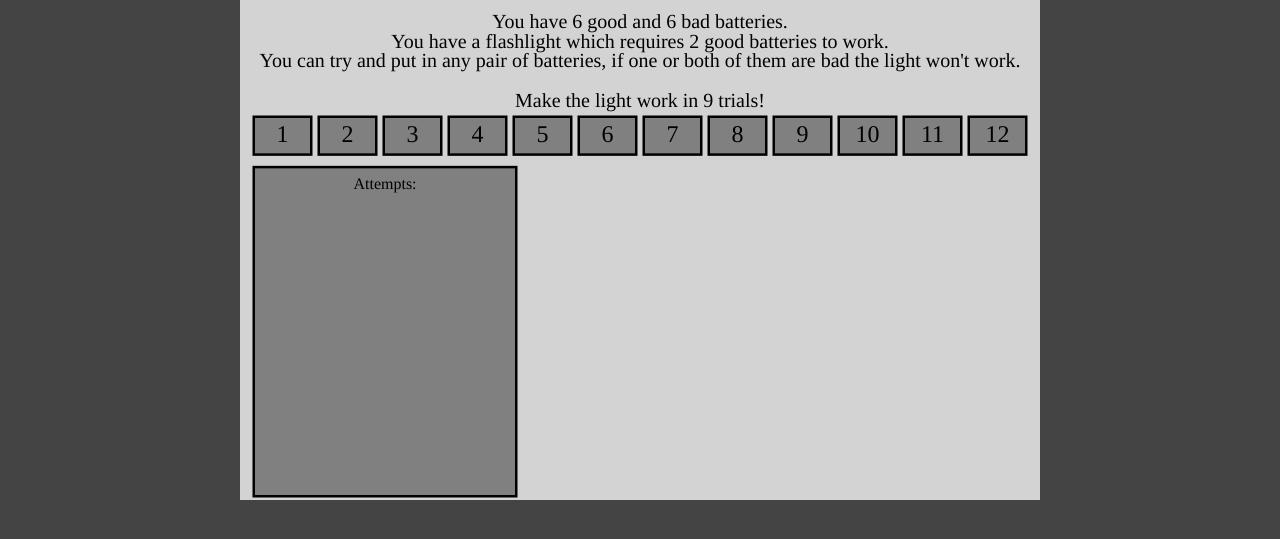
Repository: StevenZsombo/games
Page: docs/batteries/batteries.html
The author's editor kept a copy of each file at every save. The page is drawn from the files as they stood at one save, then again after the next save.
The browser window is 1280 px wide. The pictures show the whole page.

Above is the page before, as saved 2025-07-04 09:23:25.

### docs/batteries/batteries.html
<!DOCTYPE html>
<html lang="en">

<head>
  <meta charset="UTF-8">
  <meta name="viewport" content="width=device-width, initial-scale=1.0">
  <title>Game by Steven Zs :)</title>
  <style>
    body {
      margin: 0;
      padding: 0;
      min-height: 100vh;
      display: flex;
      justify-content: center;
      background: #444;
    }

    #canvasContainer {
      margin: 0;
      max-width: 800px;
      max-height: 500px;
      width: 100%;
      background: #000000;
    }

    #canvasContainer.full {
      position: fixed;
      top: 0;
      left: 0;
      right: 0;
      bottom: 0;
      margin: 0;
      max-width: none;
      max-height: none;
      display: flex;
      align-items: center;
      justify-content: center;
    }

    canvas {
      display: block;
      background: #000000;
      aspect-ratio: 800/500;
      width: 100%;
      height: auto;
    }

    #canvasContainer.full canvas {
      width: min(100vw, calc(100vh * 1.6));
      height: min(100vh, calc(100vw / 1.6));
      max-width: none;
      max-height: none;
    }
  </style>
</head>

<body id="body">
  <div id="canvasContainer">
    <canvas id="myCanvas" width="800" height="500"></canvas>
  </div>

  <script>
    function fullscreenToggle() {
      document.getElementById('canvasContainer').classList.toggle('full');
    }
  </script>
  <script src="../MM.js"></script>
  <script src="../scripts.js"></script>
  <script src="../animations.js"></script>
  <script src="../gui.js"></script>
  <script src="../batteries.js"></script>
</body>

</html>

### docs/scripts.js
const TWOPI = Math.PI * 2
const ONEDEG = Math.PI / 180

class Rect {
	constructor(x, y, width, height) {
		this.x = x ?? 50
		this.y = y ?? 50
		this.width = width ?? 100
		this.height = height ?? 100
	}

	//getters
	get size() {
		return {
			width: this.width,
			height: this.height
		}
	}

	get left() {
		return this.x
	}
	get right() {
		return this.x + this.width
	}
	get top() {
		return this.y
	}
	get bottom() {
		return this.y + this.height
	}
	get centerX() {
		return this.x + this.width / 2
	}
	get centerY() {
		return this.y + this.height / 2
	}
	get center() {
		return {
			x: this.x + this.width / 2,
			y: this.y + this.height / 2
		}
	}
	get cx() {
		return this.x + this.width / 2
	}
	get cy() {
		return this.y + this.height / 2
	}
	get topleft() {
		return {
			x: this.x,
			y: this.y
		}
	}
	get topright() {
		return {
			x: this.x + this.width,
			y: this.y
		}
	}
	get bottomleft() {
		return {
			x: this.x,
			y: this.y + this.height
		}
	}
	get bottomright() {
		return {
			x: this.x + this.width,
			y: this.y + this.height
		}
	}

	leftat(value) {
		this.x = value
		return this
	}
	rightat(value) {
		this.x = value - this.width
		return this
	}
	topat(value) {
		this.y = value
		return this
	}
	bottomat(value) {
		this.y = value - this.height
		return this
	}
	topleftat(x, y) {
		this.x = x
		this.y = y
		return this
	}
	toprightat(x, y) {
		this.x = x - this.width
		this.y = y
		return this
	}
	bottomleftat(x, y) {
		this.x = x
		this.y = y - this.height
		return this
	}
	bottomrightat(x, y) {
		this.x = x - this.width
		this.y = y - this.height
		return this
	}

	centerat(x, y) {
		this.x = x - this.width / 2
		this.y = y - this.height / 2
		return this
	}

	centeratV({ x, y }) {
		return this.centerat(x, y)
	}

	centerinRect(rect) {
		const { x, y } = rect.center
		this.centerat(x, y)
		return this
	}

	draw(screen, color = 'purple', fill = true) {
		if (fill) {
			screen.fillStyle = color
			screen.fillRect(this.x, this.y, this.width, this.height)
		} else {
			//!fill
			screen.strokeStyle = color
			screen.strokeRect(this.x, this.y, this.width, this.height)
		}
	}

	collidepoint(x, y) {
		return x >= this.x && x <= this.x + this.width && y >= this.y && y <= this.y + this.height
	}

	colliderect(rect) {
		return this !== rect && this.x < rect.x + rect.width && this.x + this.width > rect.x && this.y < rect.y + rect.height && this.y + this.height > rect.y
	}

	move(dx, dy) {
		this.x += dx
		this.y += dy
		return this
	}

	inflate(dw, dh) {
		this.x -= dw / 2
		this.y -= dh / 2
		this.width += dw
		this.height += dh
		return this
	}

	stretch(fw, fh) {
		fw ||= 1
		fh ||= 1
		const { x, y } = this.center
		this.width = this.width * fw
		this.height = this.height * fh
		this.centerat(x, y)
		return this
	}

	resize(w, h) {
		const { x, y } = this.center
		this.width = w
		this.height = h
		this.centerat(x, y)
	}

	spread(x, y, sx, sy) {
		//spread out, similar to enlargement, from center point x,y
		const dx = (this.center.x - x) * (sx - 1)
		const dy = (this.center.y - y) * (sy - 1)
		this.move(dx, dy)
		return this
	}

	shrinkToSquare(enlargeInstead = false) {
		const { x, y } = this.center
		const smaller = enlargeInstead ? Math.max(this.width, this.height) : Math.min(this.width, this.height)
		this.width = smaller
		this.height = smaller
		this.centerat(x, y)
		return this
	}

	deflate(dw, dh) {
		return this.inflate(-dw, -dh)
	}

	boundWithinInfo(x, y) {
		let retX, retY
		let { left, right, top, bottom } = this
		const leftOut = x < left
		const rightOut = x > right
		const topOut = y < top
		const bottomOut = y > bottom
		retX = leftOut ? left : (rightOut ? right : x)
		retY = topOut ? top : (bottomOut ? bottom : y)
		return {
			x: retX,
			y: retY,
			leftOut: leftOut,
			rightOut: rightOut,
			topOut: topOut,
			bottomOut: bottomOut
		}
	}

	get copy() {
		return new Rect(this.x, this.y, this.width, this.height)
	}

	splitCell(i, j, toti, totj, jspan = 1, ispan = 1) {
		i--
		j--
		//one-indexed for ease of use (like a matrix)
		const w = this.width / totj
		const h = this.height / toti
		return new Rect(this.x + j * w, this.y + i * h, w * jspan, h * ispan)
	}

	splitCol(...weights) {
		const totj = MM.sum(weights)
		const w = this.width / totj
		const result = []
		let k = 0
		for (let c of weights) {
			result.push(new Rect(this.x + k * w, this.y, c * w, this.height))
			k += c
		}
		return result
	}

	splitRow(...weights) {
		const toti = MM.sum(weights)
		const h = this.height / toti
		const result = []
		let k = 0
		for (let c of weights) {
			result.push(new Rect(this.x, this.y + k * h, this.width, c * h))
			k += c
		}
		return result
	}

	splitGrid(cols, rows) {
		return this.splitGridWeight(Array(rows).fill(1), Array(cols).fill(1))
	}

	splitGridWeight(colWeights = [1], rowWeights = [1]) {
		return this.splitRow(...rowWeights).map(r => r.splitCol(...colWeights))
	}

}

class Clickable extends Rect {
	constructor(options = {}) {
		const defaults = {
			x: 100,
			y: 100,
			width: 100,
			height: 100,
			on_click: null,
			on_release: null,
			on_hover: null,
			on_enter: null,
			on_leave: null,
			just_entered: false,
			last_clicked: null,
			follow_mouse: false,
			follow_mouse_last: null,
			interactable: true
		}
		super(options.x ??= defaults.x, options.y ??= defaults.y, options.width ??= defaults.width, options.height ??= defaults.height)
		Object.assign(this, {
			...defaults,
			...options
		})
	}
	check(x, y, clicked, released, held) {
		if (!this.interactable || x === null || y === null) {
			return false
		}
		const pos = {
			x: x,
			y: y
		}
		let within = this.collidepoint(x, y)
		//will be declared as true while dragging
		if (this.follow_mouse) {
			//thus drag logic must go first
			if (released) {
				this.follow_mouse_last = null
				this.follow_mouse_offset = null
			}
			if (within && clicked) {
				this.follow_mouse_last = pos
				this.follow_mouse_offset = {
					x: this.x - x,
					y: this.y - y
				}
			}
			if (held && this.follow_mouse_last) {
				//this.move(x - this.follow_mouse_last.x, y - this.follow_mouse_last.y)
				within = true
				this.x = x + this.follow_mouse_offset.x
				this.y = y + this.follow_mouse_offset.y
				this.follow_mouse_last = pos

			}
		}
		if (within) {
			this.on_hover?.()
		}
		if (within && !this.just_entered) {
			this.just_entered = true
			this.on_enter?.()
		}
		if (!within && this.just_entered) {
			this.just_entered = false
			this.on_leave?.()
		}
		if (clicked && within) {
			this.last_clicked = pos
			this.on_click?.()
		}
		if (released && within) {
			this.on_release?.()
		}
		return within
	}

}

class Button extends Clickable {
	constructor(options = {}) {
		const defaults = {
			txt: null, //txtmult by default
			fontsize: 48,
			font_color: "black",
			font_font: "Times",
			outline: 5,
			outline_color: "black",
			color: "gray",
			transparent: false,
			selected: false,
			selected_color: "orange",
			hover_color: null,
			hover_selected_color: null,
			visible: true,
			tag: "",
			img: null,
			opacity: 0,
			rad: 0,
			deg: 0
		}
		const settings = {
			...defaults,
			...options
		}
		super(settings)
		Object.assign(this, settings)

	}

	static fromRect(rect, kwargs = {}) {
		const tobuild = { ...kwargs, ...rect }
		return new Button(tobuild)
	}

	static fromButton(but, kwargs = {}) {
		let temp = but.copy
		Object.assign(temp, kwargs)
		return temp

	}

	get deg() {
		return this.rad / ONEDEG
	}
	set deg(degree) {
		this.rad = degree * ONEDEG
	}

	draw(screen) {
		if (this.visible) {
			if (this.rad) { //context is restored below
				screen.save()
				MM.RotateContext(screen, this.rad, this.centerX, this.centerY)
			}
			if (!this.transparent && this.outline) {
				this.draw_outline(screen)
			}
			if (!this.transparent) {
				let draw_color
				if (this.selected) {
					//selected
					if (this.just_entered && this.hover_selected_color) {
						draw_color = this.hover_selected_color
					} else {
						draw_color = this.selected_color
					}
				} else if (this.hover_color && this.just_entered) {
					//not selected
					draw_color = this.hover_color
				} else {
					draw_color = this.color
				}
				this.draw_color = draw_color
				this.draw_background(screen)

			}
			if (this.img != null) {
				this.draw_image(screen)
			}
			if (this.txt != null) {
				this.draw_text(screen)
			}
			if (this.rad) {
				screen.restore() //started above, should go at the end
			}

		}

	}

	draw_background(screen) {
		MM.fillRect(screen, this.x, this.y, this.width, this.height, {
			color: this.draw_color,
			opacity: this.opacity
		})
	}
	draw_outline(screen) {
		MM.drawRect(screen, this.x, this.y, this.width, this.height, {
			color: this.outline_color,
			lineWidth: this.outline,
			opacity: this.opacity
		})
	}
	draw_image(screen) {
		MM.drawImage(screen, this.img, this, this.opacity)
	}
	draw_text(screen) {
		MM.drawMultiText(screen, this.txt, this, {
			font: `${this.fontsize}px ${this.font_font}`,
			color: this.font_color,
			opacity: this.opacity
		})
	}

	check(x, y, clicked, released, held) {
		if (this.visible) {
			return super.check(x, y, clicked, released, held)
		}
	}

	get copy() {
		let result = new Button()
		Object.assign(result, this)
		return result
	}
	selected_flip() {
		this.selected = !this.selected
	}

	static make_checkbox(button, preservePreviousFunction = false) {
		if (preservePreviousFunction) {
			button.on_click = MM.extFunc(button.on_click, button.selected_flip.bind(button))
		} else {
			button.on_click = button.selected_flip.bind(button)
		}
		button.hover_color ??= "pink"
		return button
	}

	static make_radio(buttons, preservePreviousFunction = false) {
		let radio_group = {
			buttons: buttons,
			selected: buttons[0]
		}
		radio_group.buttons.forEach(b => b.selected = (b === radio_group.selected))
		for (let b of buttons) {
			const wanted = function () {
				buttons.forEach(a => {
					a.selected = (a === b)
				}
				)
				radio_group.selected = b
			}
			if (preservePreviousFunction) {
				b.on_click = MM.extFunc(b.on_click, wanted)
			} else {
				b.on_click = wanted
			}
			b.hover_color ??= "pink"
			b.selected_color ??= "orange"

		}
		return radio_group
	}

}

class Particle extends Clickable {
	constructor(options = {}) {
		const defaults = {
			color: "blue",
			velX: 1.2,
			velY: 2.1,
			unresolved: false,
			randVelMax: 5,
			mass: 100,
			txt: null
		}
		super()
		Object.assign(this, { ...defaults, ...options })
		this.height = this.width
		//oddities: radius is width, x,y refer to center instead
	}

	draw(screen) {
		MM.drawCircle(screen, this.x, this.y, this.width, {
			color: this.color
		})
		if (this.txt) {
			MM.drawText(screen, this.txt, this.x, this.y, { font: "24px times", color: "black" })
		}

	}

	collidepoint(x, y) {
		return MM.dist(this.x, this.y, x, y) < this.width
	}
	collidecirc(particle) {
		if (Math.abs(this.x - particle.x) > (this.width + particle.width) || Math.abs(this.y - particle.y) > (this.width + particle.width)) {
			return false
		}
		return MM.dist(this.x, this.y, particle.x, particle.y) < this.width + particle.width
	}

	randVel() {
		this.velX = Math.random() * this.randVelMax
		this.velY = Math.random() * this.randVelMax
	}

	get center() { return { x: this.x, y: this.y } }
	set mag(val) {
		let currmag = this.mag
		currmag = currmag == 0 ? 0.0001 : currmag
		const factor = val / currmag
		this.velX *= factor
		this.velY *= factor
	}

	get mag() {
		return Math.hypot(this.velX, this.velY)
	}

	set size(x) {
		this.width = x
		this.recomputeMass()
	}

	get size() {
		return this.width
	}

	get height() { return this.width }
	set height(x) { this.width = x }

	recomputeMass() {
		this.mass = Math.pow(this.width, 3)
	}


	static collidePhysics(p1, p2) {
		if (p1 === p2) { return }
		const dx = p2.x - p1.x
		const dy = p2.y - p1.y
		const dist = Math.hypot(dx, dy)
		const minDist = p1.radius + p2.radius
		if (dist < minDist) {
			// Separate particles to prevent sticking
			const correction = (minDist - dist) / 2
			const correctionX = (dx / dist) * correction
			const correctionY = (dy / dist) * correction

			p1.x -= correctionX
			p1.y -= correction;
			p2.x += correctionX
			p2.y += correctionY
		}
		const nx = dx / dist
		const ny = dy / dist

		const v1n = p1.velX * nx + p1.velY * ny
		const v2n = p2.velX * nx + p2.velY * ny

		const v1t = p1.velX * ny - p1.velY * nx
		const v2t = p2.velX * ny - p2.velY * nx

		const m1 = p1.mass
		const m2 = p2.mass
		const newV1n = (v1n * (m1 - m2) + 2 * m2 * v2n) / (m1 + m2)
		const newV2n = (v2n * (m2 - m1) + 2 * m1 * v1n) / (m1 + m2)


		p1.velX = newV1n * nx + v1t * ny
		p1.velY = newV1n * ny - v1t * nx
		p2.velX = newV2n * nx + v2t * ny
		p2.velY = newV2n * ny - v2t * nx
	}

	forceWithinRect(rect) {
		const bound = rect.copy.deflate(this.width * 2, this.width * 2).boundWithinInfo(this.x, this.y)
		if (bound.leftOut || bound.rightOut) {
			this.velX *= -1
		}
		if (bound.topOut || bound.bottomOut) {
			this.velY *= -1
		}
		[this.x, this.y] = [bound.x, bound.y]
		return this
	}

	get boundingRect() {
		return new Rect(this.x - this.size, this.y - this.size, this.size * 2, this.size * 2)
	}


}

class Malleable {
	constructor(...comps) {
		this.components = [...comps]
	}

	update() {
		for (let c of this.components) {
			c.update?.()
		}
	}

	draw(screen) {
		for (let c of this.components) {
			c.draw?.(screen)
		}
	}
}

class RectRotatedExperimental extends Rect {
	constructor(rect) {
		super(rect.x, rect.y, rect.width, rect.height)
		this.rad = 0
	}

	get deg() {
		return this.rad / ONEDEG
	}
	set deg(degree) {
		this.rad = degree * ONEDEG
	}

	draw(screen) {
		screen.save()
		const { x, y } = this.center
		this.centerat(0, 0)
		screen.translate(x, y)
		screen.rotate(this.rad)
		super.draw(screen)
		this.centerat(x, y)
		screen.restore()
	}

	static toRad(x) {
		return toRad * ONEDEG
	}

	static rotatePointAroundOrigin(x, y, rad) {
		const [c, s] = [Math.cos(rad), Math.sin(rad)]
		return {
			x: x * c - y * s,
			y: x * s + y * c
		}
	}

	static rotatePointAround(x, y, a, b, rad) {
		const [dx, dy] = [x - a, y - b]
		const r = RectRotatedExperimental.rotatePointAroundOrigin(dx, dy, rad)
		return ({
			x: r.x + a,
			y: r.y + b
		})
	}

	rotateAround(u, w, rad, doNotAdjustFacing = false) {
		this.rad += rad
		this.centeratV(RectRotatedExperimental.rotatePointAround(this.cx, this.cy, u, w, rad))
	}

	collidepoint(x, y) {
		const [c, s] = [Math.cos(this.rad), Math.sin(this.rad)]
		const [dx, dy] = [x - this.centerX, y - this.centerY]
		const [nx, ny] = [this.centerX + dx * c - dy * s, this.centerY + dx * s + dy * c]
		//return super.collidepoint(nx, ny)
		return nx >= this.x && nx <= this.x + this.width && ny >= this.y && ny <= this.y + this.height
	}
}

### docs/gui.js
class Framerater {
	constructor(isRunning = true) {
		this.measuredTimeInterval = 1000
		this.timeStamps = []
		this.fps = 0.1
		this.tickrate = 0.1
		this.button = new Button({
			x: 10,
			y: 10,
			width: 60,
			height: 15,
			fontsize: 12,
			color: "yellow",
			outline: 0,
			follow_mouse: true
		})
		this.isRunning = isRunning
		this.startTime = Date.now()
		this.totalTicks = 0
		this.totalFrames = 0
	}
	get elapsed() {
		return Math.floor((Date.now() - this.startTime) / 100) / 10
	}
	update(dt, noDrawingNeeded) {
		if (this.isRunning) {
			this.totalTicks += 1
			this.totalFrames += noDrawingNeeded ? 0 : 1
			let curr_time = Date.now()
			this.timeStamps.push([curr_time, noDrawingNeeded])
			let i = this.timeStamps.findIndex(x => curr_time - x[0] < this.measuredTimeInterval)
			this.timeStamps = this.timeStamps.slice(i)
			this.tickrate = Math.floor(this.timeStamps.length / this.measuredTimeInterval * 1000)
			this.fps = Math.floor(this.timeStamps.filter(
				x => !x[1]
			).length / this.measuredTimeInterval * 1000)

		}
	}

	draw(screen) {
		if (this.isRunning) {
			this.button.txt = `${this.fps} / ${this.tickrate}`
			this.button.draw(screen)
		}
	}
}

class Keyboarder {
	constructor(denybuttons) {
		if (denybuttons === null) {
			throw "did not specify whether keypress propagation should be denied or not"
		}
		/*-----------------------------------------------worst idea ever---------------------------------------------------------*/
		fullscreenToggle = MM.extFunc(fullscreenToggle, () => game.mouser.whereIsCanvas())
		this.bufferExpiration = null //null for no expiration, or milliseconds
		this.held = {}
		const held = this.held
		this.pressed = {}
		const pressed = this.pressed
		this.strokeBuffer = []
		const strokeBuffer = this.strokeBuffer

		document.addEventListener('keydown', (e) => {
			if (denybuttons) {
				e.preventDefault()
				e.stopPropagation()
			}
			if (!held[e.key]) {
				held[e.key] = true
				pressed[e.key] = true
				strokeBuffer.push([Date.now(), e.key])
			}
		}
		)
		document.addEventListener('keyup', (e) => {
			held[e.key] = false
			pressed[e.key] = false
			if (e.key == "F") {
				fullscreenToggle()
			}
			if (denybuttons) {
				e.preventDefault()
				e.stopPropagation()
			}
		}
		)
	}
	get strokes() {
		return this.strokeBuffer.map(x => x[1]).join("")
	}
	update(dt, now) {
		if (this.strokeBuffer.length && this.bufferExpiration != null) {
			if (now - this.strokeBuffer.at(-1)[0] > this.bufferExpiration) {
				this.strokeBuffer.length = 0
			}
		}
	}
	flushstrokes() {
		this.strokeBuffer.length = 0
	}
	next_loop() {
		Object.keys(this.pressed).forEach(
			x => this.pressed[x] = false
		)
	}

}

class Mouser {
	constructor(canvas) {
		this.x = null
		this.y = null
		this.clicked = false
		this.released = false
		this.down = false

		this.canvas = canvas
		this.addListeners(canvas)
		this.whereIsCanvas()
	}

	whereIsCanvas() {
		const canvas = this.canvas
		this.cRect = canvas.getBoundingClientRect()
		this.cW = canvas.width
		this.cH = canvas.height
		this.scaleX = canvas.width / this.cRect.width
		this.scaleY = canvas.height / this.cRect.height
	}
	whereAmI(e) {
		//event
		this.x = (e.clientX - this.cRect.left) * this.scaleX
		//Account for canvas position
		this.y = (e.clientY - this.cRect.top) * this.scaleY
	}

	addListeners(canvas) {
		canvas.addEventListener('pointermove', (e) => {
			e.preventDefault()
			e.stopPropagation()
			this.whereAmI(e)
			//e.pointerType //can be 'mouse', 'pen', 'touch'

		}
		)
		canvas.addEventListener('pointerdown', (e) => {
			e.preventDefault()
			e.stopPropagation()
			if (e.button == 0) {
				this.whereAmI(e)
				this.clicked = true
				this.down = true
			}
			//e.shiftKey, e.ctrlKey //true or false
			//button = 0 or 2
			//for some reason clicking both simultaneously does sweet FA
		}
		)
		canvas.addEventListener('pointerup', (e) => {
			e.preventDefault()
			e.stopPropagation()
			this.whereAmI(e)
			this.released = true
			this.down = false
		}
		)
		canvas.addEventListener('pointerout', (e) => {
			e.preventDefault()
			e.stopPropagation()
			this.released = true
			this.x = null
			this.y = null
		}
		)
		canvas.addEventListener('pointercancel', (e) => {
			e.preventDefault()
			e.stopPropagation()
			this.released = true
		}
		)
		window.addEventListener("resize", this.whereIsCanvas.bind(this))
		window.addEventListener("scroll", this.whereIsCanvas.bind(this))
		window.addEventListener('contextmenu', (e) => {
			e.preventDefault()
			e.stopPropagation()
		})
	}
	get held() {
		return this.down && !this.released
	}

	get pos() {
		return {
			x: this.x,
			y: this.y
		}
	}

	next_loop() {
		this.clicked = false
		this.released = false
	}

	changeCursor(type) {
		game.canvas.style.cursor = type
	}

}

class Cropper {
	constructor() {
		this.canvas = document.createElement("canvas")
		this.ctx = this.canvas.getContext("2d")
	}

	load_images(names, containerDict, whatToCallAfter) {
		let num = names.length
		const onload = () => { --num === 0 && whatToCallAfter() }
		for (const item of names) {
			const img = new Image
			containerDict[item] = img
			img.crossOrigin = "Anonymous"
			img.src = item
			img.onload = onload
		}

	}

	load_img(source, on_end) {
		try {
			const img = new Image()
			img.crossOrigin = 'Anonymous'
			img.src = source
			if (on_end != null) {
				img.onload = () => { return on_end(img) }
			}
			return img
		} catch (error) {
			console.error(error)
		}

	}

	resize(img, width, height) {
		this.canvas.width = width
		this.canvas.height = height
		this.ctx.drawImage(img, 0, 0, width, height)
		const ret = new Image()
		ret.src = this.canvas.toDataURL()
		return ret
	}

	crop(img, rect) {
		this.canvas.width = rect.width
		this.canvas.height = rect.height
		this.ctx.drawImage(img, rect.x, rect.y, rect.width, rect.height, 0, 0, rect.width, rect.height)
		const ret = new Image()
		ret.src = this.canvas.toDataURL()
		return ret
	}

	cropGrid(img, rows, cols) {
		const rect = new Rect(0, 0, img.width, img.height)
		const rects = rect.splitGrid(cols, rows)
		const ret = []
		for (let row of rects) {
			ret.push([])
			for (let col of row) {
				ret.at(-1).push(this.crop(img, col))
			}
		}
		return ret
	}


}

Loaded but not shown: docs/batteries.js (354 lines, source omitted); docs/MM.js (389 lines, source omitted); docs/animations.js (422 lines, source omitted)

After the next save:
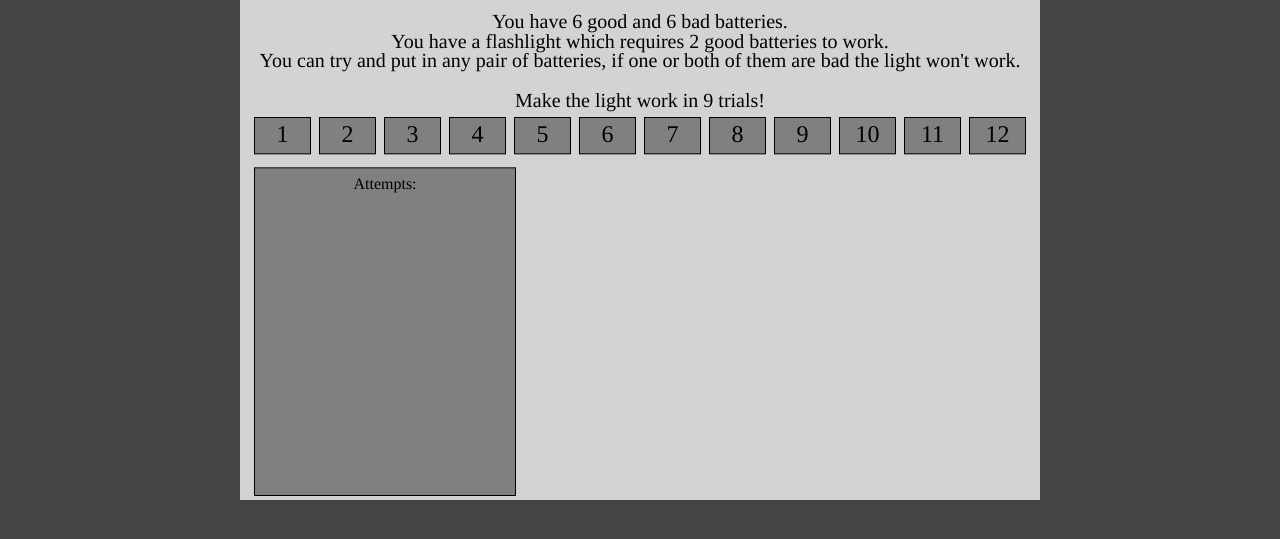
Saved 6 min 1 s later.
--- a/docs/scripts.js
+++ b/docs/scripts.js
@@ -348,7 +348,7 @@ class Button extends Clickable {
 			fontsize: 48,
 			font_color: "black",
 			font_font: "Times",
-			outline: 5,
+			outline: 2,
 			outline_color: "black",
 			color: "gray",
 			transparent: false,
